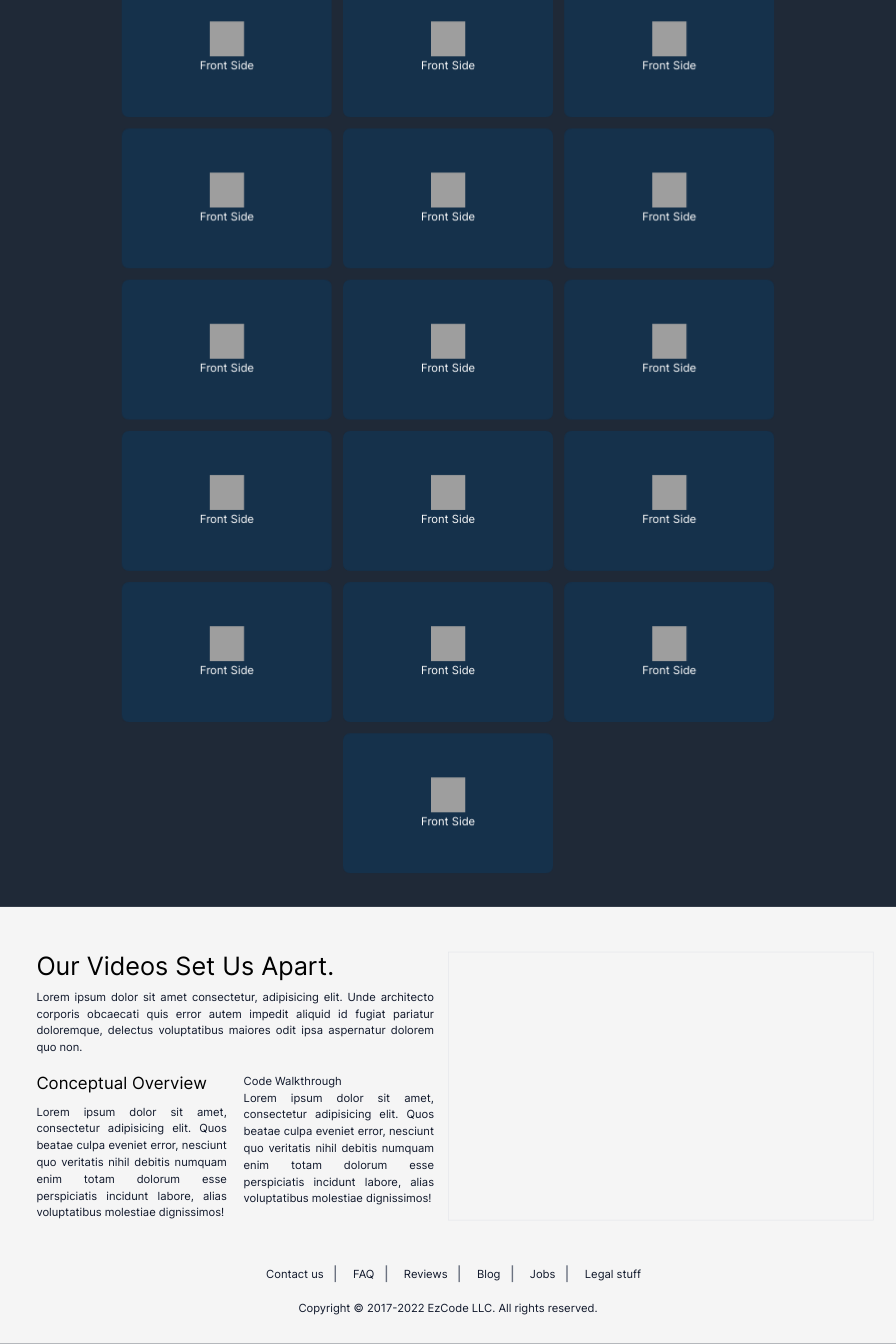
Repository: om1ars/Xjkey
Page: /
These files come from the project's save history. The page is drawn as it stood at one moment and after a run of saves; the edit follows.
The browser window is 1280 px wide. The pictures show the part of the page from y = 1231 to 3151 px (the page is 3151 px tall), at 70% of full size.
Pictures or frames that could not be fetched are drawn as grey boxes. The project was rebuilt for these pictures with package versions that can differ from the ones it lists, and the page was loaded fresh each time. The framework's server and built-in components were replaced by stand-ins that run in the browser. Also part of the build but not shown: next.config.js.

Above is the page before, as saved 2022-03-18 23:36:50.

### src/pages/_app.tsx
import "@/css/fonts.css";
// Import Swiper styles
import "swiper/css";
import "swiper/css/free-mode";
import "swiper/css/scrollbar";
import "swiper/css/navigation";
//
import "@/css/main.scss";
import type { AppProps } from "next/app";
import { ThemeProvider } from "next-themes";
import { Header } from "@/components/Header";
import DefaultLayout from "@/layouts/DefaultLayout";

function MyApp({ Component, pageProps }: AppProps) {
  return (
    <ThemeProvider attribute="class" defaultTheme="system">
      <DefaultLayout>
        <Component {...pageProps} />
      </DefaultLayout>
    </ThemeProvider>
  );
}

export default MyApp;

### src/pages/_document.tsx
import NextDocument, {
  Html,
  Head,
  Main,
  NextScript,
  DocumentContext,
} from 'next/document';

export default class Document extends NextDocument {
  static async getInitialProps(ctx: DocumentContext) {
    const initialProps = await NextDocument.getInitialProps(ctx);
    return { ...initialProps };
  }

  render() {
    return (
      <Html lang='en' className='dark'>
        <Head>
          <link href='/favicons/site.webmanifest' rel='manifest' />
          <link href='/favicons/favicon.ico' rel='shortcut icon' />
          <link
            href='/favicons/apple-touch-icon.png'
            rel='apple-touch-icon'
            sizes='180x180'
          />
          <link
            href='/favicons/favicon-32x32.png'
            rel='icon'
            sizes='32x32'
            type='image/png'
          />
          <link
            href='/favicons/favicon-16x16.png'
            rel='icon'
            sizes='16x16'
            type='image/png'
          />
          <link
            rel='mask-icon'
            href='/favicons/safari-pinned-tab.svg'
            color='#6366f1'
          />
          <meta content='#ffffff' name='theme-color' />
          <meta content='#ffffff' name='msapplication-TileColor' />
          <meta
            content='/favicons/browserconfig.xml'
            name='msapplication-config'
          />
        </Head>
        <body className='dark:highlight-white/5 bg-neutral-100 text-slate-900 antialiased dark:bg-gray-800 dark:text-white'>
          <Main />
          <NextScript />
        </body>
      </Html>
    );
  }
}

### src/pages/index.tsx
import React from "react";
import SEO from "@/components/SEO";
import AboutUs from "@/components/HomeComponents/AboutUs";
import Hero from "@/components/HomeComponents/Hero";
import { FeaturedJobs } from "@/components/HomeComponents/FeaturedJobs";
import AlgoFlipCard from "@/components/HomeComponents/FlipCard";
import VideosComponents from "@/components/HomeComponents/VideosComponents";
export default function Home() {
  return (
    <>
      <SEO />
      <Hero />
      <main className="mx-auto max-w-screen-xl px-6 sm:px-8">
        <div className="mt-16 space-y-20">
          <FeaturedJobs />
        </div>
      </main>

      <div className="mt-10 " id="flipCard">
        <AlgoFlipCard />
      </div>
      <main className="mx-auto max-w-screen-xl px-6 sm:px-8 " id="video-explanation">
        <div className="mt-16 space-y-20">
          <VideosComponents />
        </div>
      </main>
    </>
  );
}

### src/css/fonts.css
@font-face {
  font-family: "Inter var";
  font-weight: 100 900;
  font-display: swap;
  font-style: normal;
  font-named-instance: "Regular";
  src: url("../fonts/Inter-roman-latin.var.woff2") format("woff2");
}

@font-face {
  font-family: "Inter var";
  font-weight: 100 900;
  font-display: swap;
  font-style: italic;
  font-named-instance: "Italic";
  src: url("../fonts/Inter-italic-latin.var.woff2") format("woff2");
}

### src/css/main.scss
@tailwind base;
@tailwind components;
@tailwind utilities;
@import "./flip-card.scss";
@layer base {
  .dark {
    color-scheme: dark;
  }
}

/* styling Swiper default navigations elements */
.swiper-button-next {
  background-color: theme("colors.white");
  height: 40px;
  width: 40px;
  border-radius: 100px;
  box-shadow: theme("boxShadow.lg");
  transition: all;
  transition-duration: 150ms;
}

html.dark .swiper-button-next {
  background-color: theme("colors.slate.600");
}

.swiper-button-next:hover {
  background-color: theme("colors.slate.200");
}

html.dark .swiper-button-next:hover {
  background-color: theme("colors.slate.400");
}

.swiper-button-next::after {
  color: black;
  font-size: 1rem;
  font-weight: bold;
}
html.dark .swiper-button-next::after {
  color: theme("colors.white");
}

.swiper-button-prev {
  background-color: theme("colors.white");
  height: 40px;
  width: 40px;
  border-radius: 100px;
  box-shadow: theme("boxShadow.lg");
  transition: all;
  transition-duration: 150ms;
}

html.dark .swiper-button-prev {
  background-color: theme("colors.slate.600");
}

.swiper-button-prev:hover {
  background-color: theme("colors.slate.200");
}

html.dark .swiper-button-prev:hover {
  background-color: theme("colors.slate.400");
}

.swiper-button-prev::after {
  color: black;
  font-size: 1rem;
  font-weight: bold;
}
html.dark .swiper-button-prev::after {
  color: theme("colors.white");
}

html.dark .swiper-scrollbar {
  background: rgb(255, 255, 255, 0.2);
}
html.dark .swiper-scrollbar-drag {
  background: rgb(255, 255, 255, 0.6);
}
/* end of styling Swiper default navigations elements */

### src/layouts/DefaultLayout.tsx
import Footer from "@/components/Footer";
import { Header } from "@/components/Header";
import React, { FC } from "react";

export default function DefaultLayout({ children }: any) {
  return (
    <div>
      <Header />
      <main>{children}</main>
      <Footer />
    </div>
  );
}

### src/components/SEO.tsx
import React from "react";
import Head from "next/head";

const defaultMeta = {
  title: "Job Seeking Landing Page - Miad V",
  description: "Exprimental Project",
};

const SEO: React.FC<any> = ({ children, ...customMeta }) => {
  const meta = {
    ...defaultMeta,
    ...customMeta,
  };
  return (
    <Head>
      <meta name="robots" content="noindex" />
      <title>{meta.title}</title>
      <meta name="description" content={meta.description} />
    </Head>
  );
};

export default SEO;

### src/components/HomeComponents/FeaturedJobs.tsx
import React from "react";
import Image from "next/image";
import Link from "next/link";
import { FreeMode, Mousewheel, Navigation, Scrollbar } from "swiper";
import { Swiper, SwiperSlide } from "swiper/react";
import { Button } from "@/components/Button";
import { Chip } from "@/components/Chip";

// const featuredJobsCategories = [
//   "Sales (Corporate, Real Estate, Telesales, etc.)",
//   "Customer Service",
//   "Other",
//   "Creative Writing",
//   "Project Management",
//   "Marketing - Digital",
//   "IT - Software Development",
//   "Human Resources",
//   "Accounting & Finance",
// ];

const featuredJobsItems = [
  {
    companyName: "160+ hand-picked questions",
    jobTitle: "Algorithms for Interview",
    href: "algoFlip",
    image: "/img/01.jpg",
  },
  {
    companyName: "200+ templates, clones and more...",
    jobTitle: " Advanced React.js",
    image: "/img/02.jpg",
  },
  {
    companyName: "100+ hourse video explanation",
    jobTitle: "Online lessons",
    image: "/img/03.jpg",
    href: "video-explanation",
  },
  {
    companyName: "Feature-Rich Coding Workspace",
    jobTitle: "Enviromental editor",
    image: "/img/04.jpg",
  },
  {
    companyName: "Mock interviews",
    jobTitle: "Couch meeting",
    image: "/img/05.jpg",
  },
  {
    companyName: "Space-Time Complexity Analyses",
    jobTitle: "How to solve algorithms",
    image: "/img/06.jpg",
  },
  {
    companyName: "Achievements",
    jobTitle: "Online Sertificates",
    image: "/img/07.jpg",
  },
];

export const FeaturedJobs = () => {
  return (
    <section id="featured-jobs">
      <div className="mb-4 flex items-center justify-between">
        <h2 className="text-2xl font-bold">Why EzCode?</h2>
      </div>
      <div id="featured-jobs__categories" className="mb-4">
        {/* <Swiper
          modules={[FreeMode, Scrollbar, Mousewheel]}
          direction="horizontal"
          freeMode={true}
          mousewheel={true}
          scrollbar={{ draggable: true, hide: true }}
          slidesPerView="auto"
          spaceBetween={8}
          id="featured-jobs__categories__slider"
          className="!py-4"
        >
          <SwiperSlide className="!w-auto">
            <Chip label="all" active />
          </SwiperSlide>
          {featuredJobsCategories.map((item, i) => (
            <SwiperSlide key={i} className="!w-auto">
              <Chip label={item} />
            </SwiperSlide>
          ))}
        </Swiper> */}
      </div>
      {/* !-m-4 to fix box-shadow cropping due to overflow:hidden */}
      <div id="featured-jobs__items" className="!-m-4">
        <Swiper
          className="!p-4" // !p-4 to fix box-shadow cropping due to overflow:hidden
          modules={[Navigation]}
          navigation
          spaceBetween={20}
          slidesPerView={1}
          breakpoints={{
            "475": {
              slidesPerView: 2,
            },
            "640": {
              slidesPerView: 3,
            },
            "1024": {
              slidesPerView: 4,
            },
          }}
        >
          {featuredJobsItems.map((item, i) => (
            <SwiperSlide key={i}>
              <a>
                <a
                  href={`#${item.href}`}
                  id={item.href}
                  className="group block overflow-hidden rounded bg-white transition-all duration-150 hover:-translate-y-1 hover:shadow-lg dark:border-slate-800 dark:bg-slate-700"
                >
                  <div className="relative block overflow-hidden  pt-[70%]">
                    <Image
                      src={item.image}
                      alt={item.companyName}
                      layout="fill"
                      objectFit="cover"
                      className="transition-all duration-200 group-hover:scale-[102%]"
                    />
                  </div>

                  <div className="flex flex-col border-t p-4 dark:border-slate-600">
                    <h5 className="block truncate text-xl font-semibold capitalize">
                      {item.jobTitle}
                    </h5>
                    <span className="block truncate text-slate-500 dark:text-slate-400">
                      {item.companyName}
                    </span>
                  </div>
                </a>
              </a>
            </SwiperSlide>
          ))}
        </Swiper>
      </div>
    </section>
  );
};

### src/components/HomeComponents/VideosComponents.tsx
import React from "react";

export default function VideosComponents() {
  return (
    <div className="flex justify-between text-justify sm:flex-col  md:flex-col lg:flex-row">
      <div className="w-6/12 pl-5 pr-5">
        <div>
          <h1 className="text-4xl text-black mb-3">Our Videos Set Us Apart.</h1>
          <p>
            Lorem ipsum dolor sit amet consectetur, adipisicing elit. Unde
            architecto corporis obcaecati quis error autem impedit aliquid id
            fugiat pariatur doloremque, delectus voluptatibus maiores odit ipsa
            aspernatur dolorem quo non.
          </p>
        </div>
        <div className="mt-6 flex sm:flex-col md:flex-col lg:flex-row">
          <div className="mr-6 text-justify">
            <h3 className="text-2xl text-black mb-3">Conceptual Overview</h3>
            <p>
              Lorem ipsum dolor sit amet, consectetur adipisicing elit. Quos
              beatae culpa eveniet error, nesciunt quo veritatis nihil debitis
              numquam enim totam dolorum esse perspiciatis incidunt labore,
              alias voluptatibus molestiae dignissimos!
            </p>
          </div>
          <div>
            <h3>Code Walkthrough</h3>
            <p>
              Lorem ipsum dolor sit amet, consectetur adipisicing elit. Quos
              beatae culpa eveniet error, nesciunt quo veritatis nihil debitis
              numquam enim totam dolorum esse perspiciatis incidunt labore,
              alias voluptatibus molestiae dignissimos!
            </p>
          </div>
        </div>
      </div>
      <div className="w-6/12 border"></div>
    </div>
  );
}

### src/css/flip-card.scss
.algo_flip_card_container {
  width: 100%;
  padding: 40px;
  height: 100%;
  background: #1f2937;
  //   display: flex;
  justify-content: center;
  align-items: center;
}
.services-box {
  display: flex;
  justify-content: center;
  align-items: center;
  flex-wrap: wrap;
}

.service {
  margin: 8px;
}

.flip-box {
  background-color: transparent;
  width: 300px;
  height: 200px;
  //   border: 1px solid #15314b;
  border-radius: 10px;
  perspective: 1000px;
}

.flip-box-inner {
  position: relative;
  width: 100%;
  height: 100%;
  text-align: center;
  transition: transform 0.4s;
  transform-style: preserve-3d;

  display: flex;
  justify-content: center;
  align-items: center;
}

.flip-box:hover .flip-box-inner {
  transform: rotateY(180deg);
}

.flip-box-front,
.flip-box-back {
  position: absolute;
  width: 100%;
  height: 100%;
  -webkit-backface-visibility: hidden;
  backface-visibility: hidden;

  display: flex;
  justify-content: center;
  align-items: center;
  flex-direction: column;
}

.flip-box-front {
  background-color: #15314b;
  color: white;
  border-radius: 10px;
}

.flip-box-front img {
  height: 50px;
  width: 50px;
}

.flip-box-back {
  background-color: #15314b;
  color: white;
  transform: rotateY(180deg);
  border-radius: 10px;
  padding: 16px;
}

### src/components/Footer.tsx
import React from "react";

export default function Footer() {
  return (
    <div>
      <div className="bg-darkBg text-whiteBg flex flex-col items-center justify-center pl-48 pr-48 pt-16 pb-10">
        <div className="lg:flex sm:flex md:flex sm:flex-wrap md:flex-wrap ">
          <div className="ml-4 flex ">
            <span className="mr-2 ml-2">Contact us</span>
            <div className=" ml-2 w-0.5 bg-gray-500"></div>
          </div>
          <div className="ml-4 flex ">
            <span className="mr-2 ml-2">FAQ</span>
            <div className=" ml-2 w-0.5 bg-gray-500"></div>
          </div>
          <div className="ml-4 flex ">
            <span className="mr-2 ml-2">Reviews</span>
            <div className=" ml-2 w-0.5 bg-gray-500"></div>
          </div>
          <div className="ml-4 flex ">
            <span className="mr-2 ml-2">Blog</span>
            <div className=" ml-2 w-0.5 bg-gray-500"></div>
          </div>
          <div className="ml-4 flex ">
            <span className="mr-2 ml-2">Jobs</span>
            <div className=" ml-2 w-0.5 bg-gray-500"></div>
          </div>
          <div className="ml-4 flex ">
            <span className="mr-2 ml-2 ">Legal stuff</span>
          </div>

        </div>
        <div className="mt-6">
          <span>Copyright © 2017-2022 EzCode LLC. All rights reserved.</span>
        </div>
      </div>
    </div>
  );
}

### src/components/Button/index.tsx
import React, { forwardRef } from "react";
import { __DEV__ } from "@/utils/assertions";

type BaseButtonProps = Omit<React.HTMLProps<HTMLButtonElement>, "size">;

/* === Button Element === */

export interface ButtonProps extends BaseButtonProps {
  children: React.ReactNode;
  fullWidth?: boolean;
  className?: string;
  variant?: "solid" | "outline" | "ghost";
  size?: "sm" | "md" | "lg";
  as?: string;
  isExternal?: boolean;
  type?: "button" | "submit" | "reset";
}

export const Button = forwardRef<HTMLButtonElement, ButtonProps>(
  (
    {
      children,
      variant = "solid",
      size = "md",
      fullWidth = false,
      className,
      as = "button",
      isExternal = false,
      ...rest
    },
    ref
  ) => {
    let tempClassNames: string[] = [];

    const sharedClasses = [
      "capitalize",
      "focus:outline-none",
      "focus:ring-2",
      "focus:ring-sky-400",
      "focus:ring-offset-2",
      "focus:ring-offset-sky-50",
      "font-semibold",
      "rounded-full",
      "inline-flex",
      "flex-shrink-0",
      "items-center",
      "justify-center",
      "transition-colors",
      "ease-in-out",
      "duration-500",
    ];

    if (fullWidth) sharedClasses.push("w-full");

    // handle variants
    let btnSolid = ["bg-sky-600", "hover:bg-sky-700", "text-white"];
    let btnOutline = [
      "dark:text-white",
      "hover:text-sky-700",
      "hover:dark:text-sky-700",
      "bg-transparent",
      "hover:bg-sky-50",
      "border",
      "border-sky-600",
    ];
    let btnGhost = [
      "bg-transparent",
      "dark:text-white",
      "hover:bg-sky-50",
      "hover:text-sky-700",
      "hover:dark:text-sky-700",
    ];

    if (variant === "solid") {
      tempClassNames = [...sharedClasses, ...btnSolid];
    } else if (variant === "outline") {
      tempClassNames = [...sharedClasses, ...btnOutline];
    } else if (variant === "ghost") {
      tempClassNames = [...sharedClasses, ...btnGhost];
    }

    // handle sizes
    let sizeSm = ["h-8", "px-2", "text-sm"];
    let sizeMd = ["h-10", "px-3"];
    let sizeLg = ["h-12", "px-4", "text-lg"];

    if (size === "sm") {
      tempClassNames = [...tempClassNames, ...sizeSm];
    } else if (size === "md") {
      tempClassNames = [...tempClassNames, ...sizeMd];
    } else if (size === "lg") {
      tempClassNames = [...tempClassNames, ...sizeLg];
    }

    let classes = tempClassNames.join(" ");

    let Element = as ? (
      React.createElement(
        as,
        {
          className: `${classes} ${className}`,
          target: isExternal ? "_blank" : undefined,
          rel: isExternal ? "noopener noreferrer" : undefined,
          ref,
          ...rest,
        },
        children
      )
    ) : (
      <button {...rest} className={`${classes} ${className}`} ref={ref}>
        {children}
      </button>
    );

    return Element;
  }
);

if (__DEV__) {
  Button.displayName = "Button";
}

/* === IconButton Element === */

export interface IconButtonProps extends ButtonProps {
  icon?: React.ReactElement;
  "aria-label": string;
}

export const IconButton = forwardRef<HTMLButtonElement, IconButtonProps>(
  (
    {
      children,
      icon,
      className,
      "aria-label": ariaLabel,
      size = "md",
      ...rest
    },
    ref
  ) => {
    let sharedClasses = ["rounded-full", "!px-0"];

    // handle sizes
    let sizeSm = ["w-8"];
    let sizeMd = ["w-10"];
    let sizeLg = ["w-12"];

    if (size === "sm") {
      sharedClasses = [...sharedClasses, ...sizeSm];
    } else if (size === "md") {
      sharedClasses = [...sharedClasses, ...sizeMd];
    } else if (size === "lg") {
      sharedClasses = [...sharedClasses, ...sizeLg];
    }

    /**
     * Passing the icon as prop or children should work
     */
    const element = icon || children;
    const _children = React.isValidElement(element)
      ? React.cloneElement(element as any, {
          "aria-hidden": true,
          focusable: false,
        })
      : null;

    let classes = sharedClasses.join(" ");
    return (
      <Button
      className={`${classes} ${className}`}
        aria-label={ariaLabel}
        size={size}
        {...rest}
        ref={ref}
      >
        {_children}
      </Button>
    );
  }
);

if (__DEV__) {
  IconButton.displayName = "IconButton";
}

### src/components/Logo.tsx
import clsx from "clsx";
import React from "react";

export default function Logo() {
  return (
    <span
      className={clsx(
        "bg-gradient-to-r from-fuchsia-800 via-purple-600 to-indigo-800 bg-clip-text align-middle text-3xl font-black tracking-widest text-transparent"
      )}
    >
      HIREDLi
    </span>
  );
}

### src/utils/assertions.ts
export const __DEV__ = process.env.NODE_ENV !== "production";

Loaded but not shown: tailwind.config.js (18 lines, source omitted); src/components/HomeComponents/FlipCard.tsx (283 lines, source omitted); src/components/HomeComponents/AuthenticationDialog.tsx (206 lines, source omitted); src/components/ThemeToggle.tsx (220 lines, source omitted); src/components/Header.tsx (175 lines, source omitted); src/components/HomeComponents/Hero.tsx (170 lines, source omitted)

After the next 2 saves:
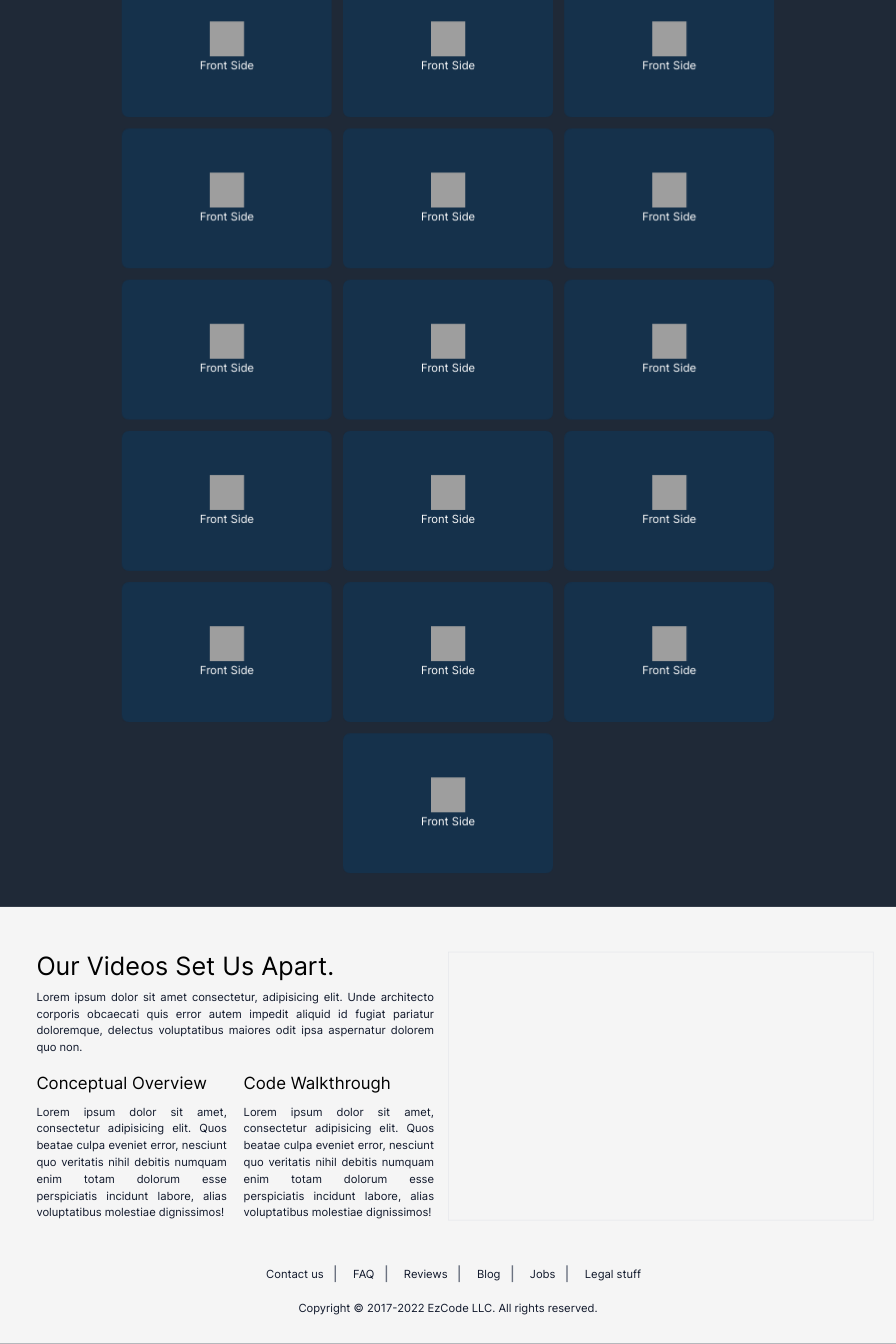
The 2 saves are shown as one change because they came seconds apart.
The last was saved 11 s later.
--- a/src/components/HomeComponents/VideosComponents.tsx
+++ b/src/components/HomeComponents/VideosComponents.tsx
@@ -5,7 +5,7 @@ export default function VideosComponents() {
     <div className="flex justify-between text-justify sm:flex-col  md:flex-col lg:flex-row">
       <div className="w-6/12 pl-5 pr-5">
         <div>
-          <h1 className="text-4xl text-black mb-3">Our Videos Set Us Apart.</h1>
+          <h1 className="mb-3 text-4xl text-black">Our Videos Set Us Apart.</h1>
           <p>
             Lorem ipsum dolor sit amet consectetur, adipisicing elit. Unde
             architecto corporis obcaecati quis error autem impedit aliquid id
@@ -15,7 +15,7 @@ export default function VideosComponents() {
         </div>
         <div className="mt-6 flex sm:flex-col md:flex-col lg:flex-row">
           <div className="mr-6 text-justify">
-            <h3 className="text-2xl text-black mb-3">Conceptual Overview</h3>
+            <h3 className="mb-3 text-2xl text-black">Conceptual Overview</h3>
             <p>
               Lorem ipsum dolor sit amet, consectetur adipisicing elit. Quos
               beatae culpa eveniet error, nesciunt quo veritatis nihil debitis
@@ -24,7 +24,7 @@ export default function VideosComponents() {
             </p>
           </div>
           <div>
-            <h3>Code Walkthrough</h3>
+            <h3 className="mb-3 text-2xl text-black">Code Walkthrough</h3>
             <p>
               Lorem ipsum dolor sit amet, consectetur adipisicing elit. Quos
               beatae culpa eveniet error, nesciunt quo veritatis nihil debitis
